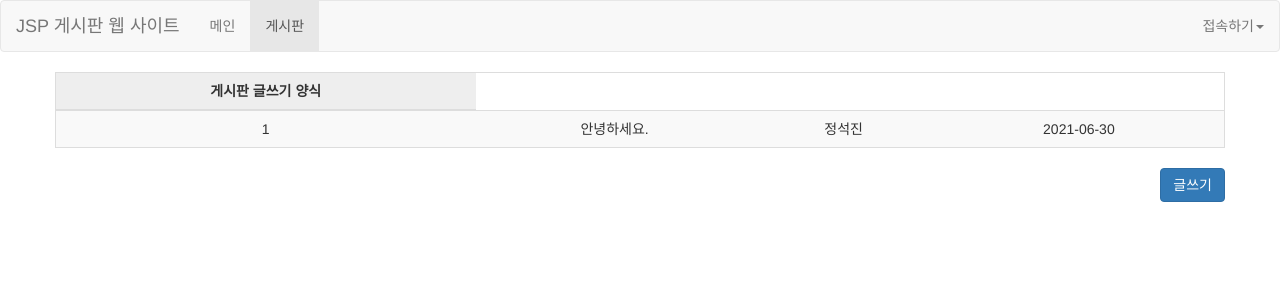
Repository: jsj961/bulletin-board-system
Page: http://localhost/BBS/write.jsp
An editor plug-in stored every save of this project. The page is shown before and after the next save, followed by the edit.
The browser window is 1280 px wide. The pictures show the whole page.
Some web libraries are served in a nearby version. The page is served by Tomcat 9.

Above is the page before, as saved 2021-07-01 05:08:00.

After the next save:
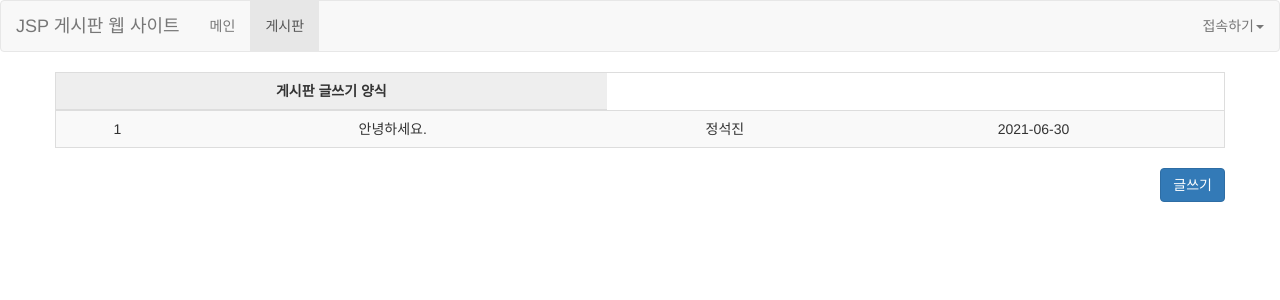
Saved 12 s later.
--- a/BBS/src/main/webapp/write.jsp
+++ b/BBS/src/main/webapp/write.jsp
@@ -69,7 +69,7 @@
 			<table class="table table-striped" style="text-align: center; border: 1px solid #dddddd">
 				<thead>
 					<tr>
-						<th style="background-color: #eeeeee; text-align: center;">게시판 글쓰기 양식</th>
+						<th colspan="2" style="background-color: #eeeeee; text-align: center;">게시판 글쓰기 양식</th>
 					</tr>
 				</thead>
 				<tbody>
